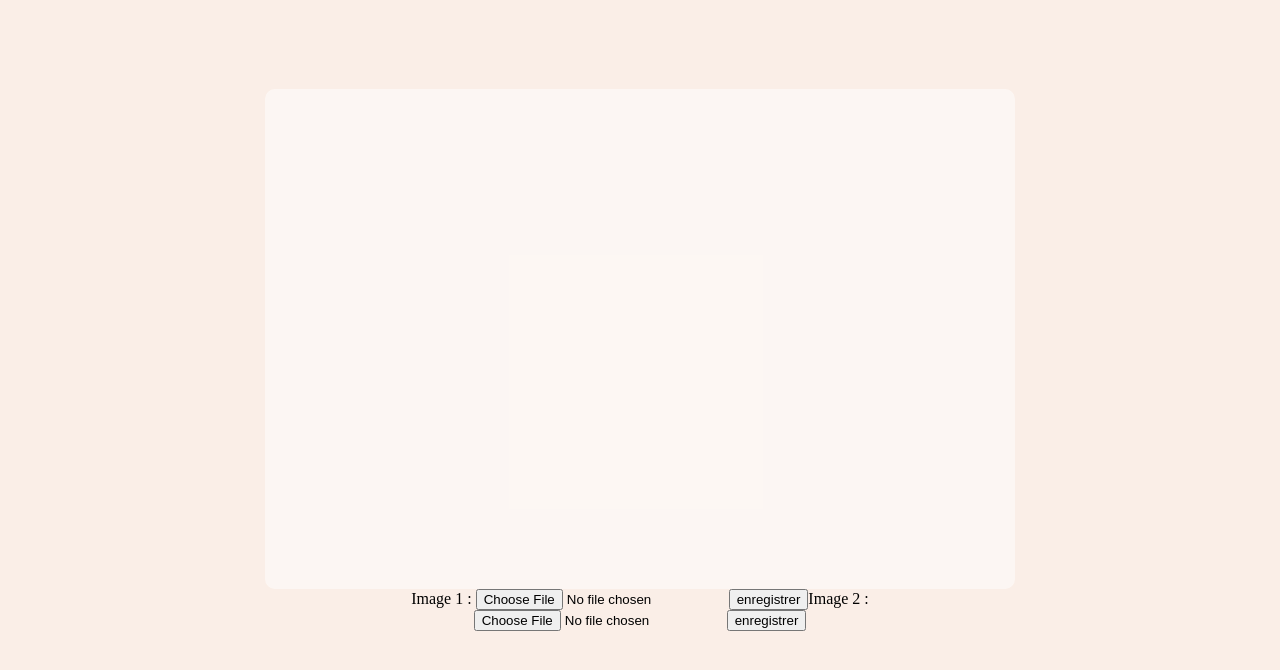
Repository: Lucas-Cassan/img-assembler
Page: / (app in frontend/)
An editor plug-in stored every save of this project. The page is shown before and after the next save, followed by the edit.
The browser window is 1280 px wide. The pictures show the whole page.
The project was rebuilt for these pictures with package versions that can differ from the ones it lists, and the page was loaded fresh each time.

Above is the page before, as saved 2022-02-02 15:00:50.

After the next save:
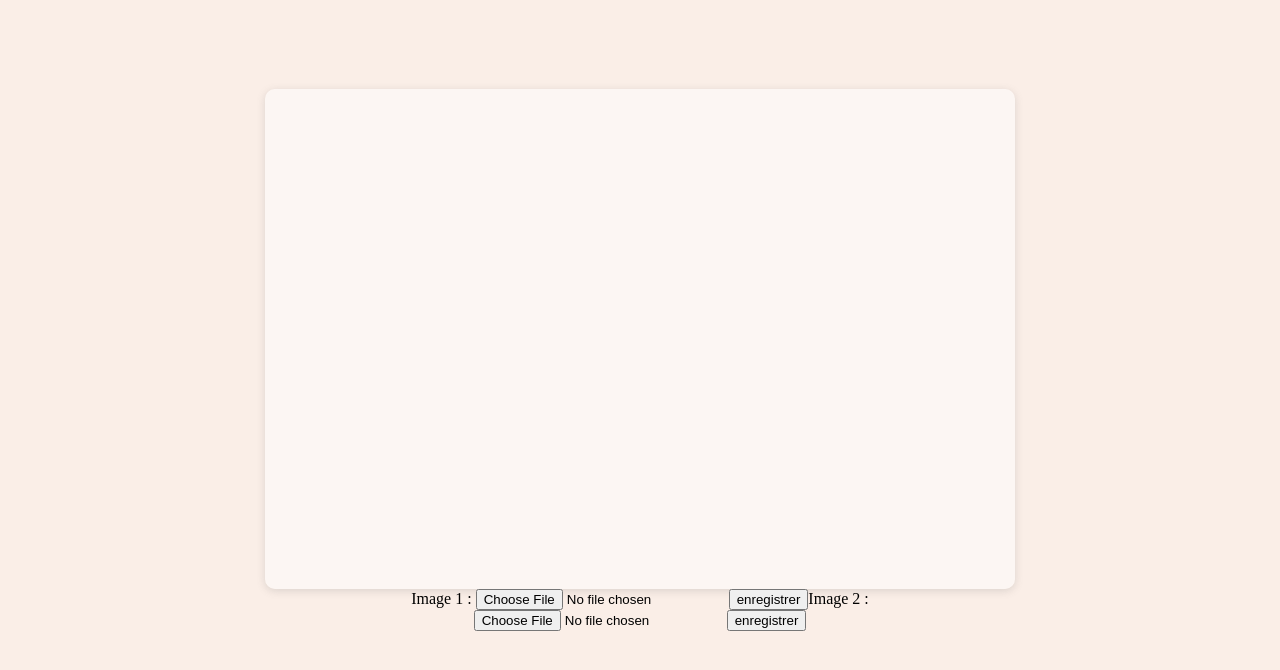
Saved 32 s later.
--- a/frontend/src/styles/index.scss
+++ b/frontend/src/styles/index.scss
@@ -23,6 +23,7 @@ html{
                 height: 500px;
                 background-color: rgba($color: #FFF, $alpha: .5);
                 border-radius: 10px;
+                box-shadow: rgba(99, 99, 99, 0.2) 0px 2px 8px 0px;
             }
             form{
 
